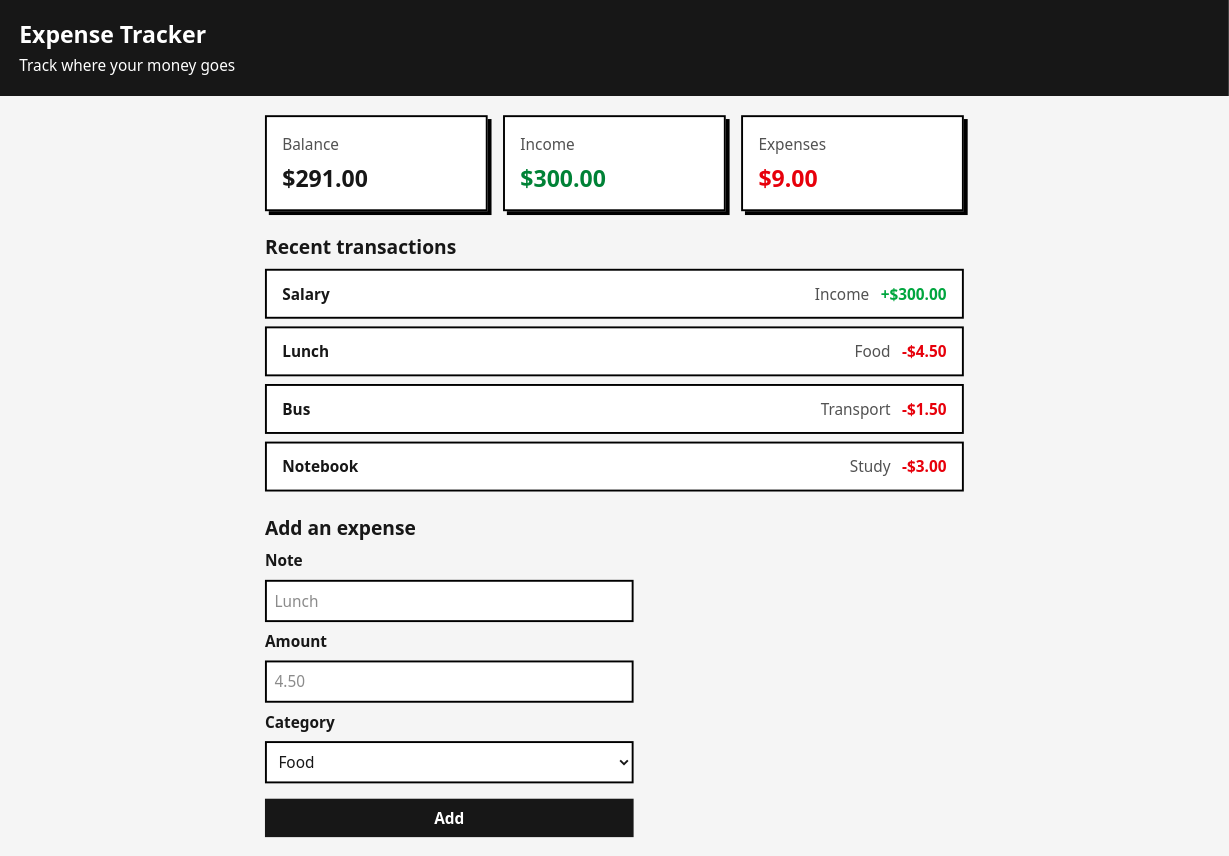
Repository: Keanbunheng/html-basics-Day1_AI
Page: expense-tracker-w2-d4-start/index.html
These files come from the project's save history. The page is drawn as it stood at one moment and after the next save; the edit follows.
The browser window is 1280 px wide. The pictures show the whole page, at 96% of full size.

Above is the page before, as saved 2026-11-17 21:17:33.

After the next save:
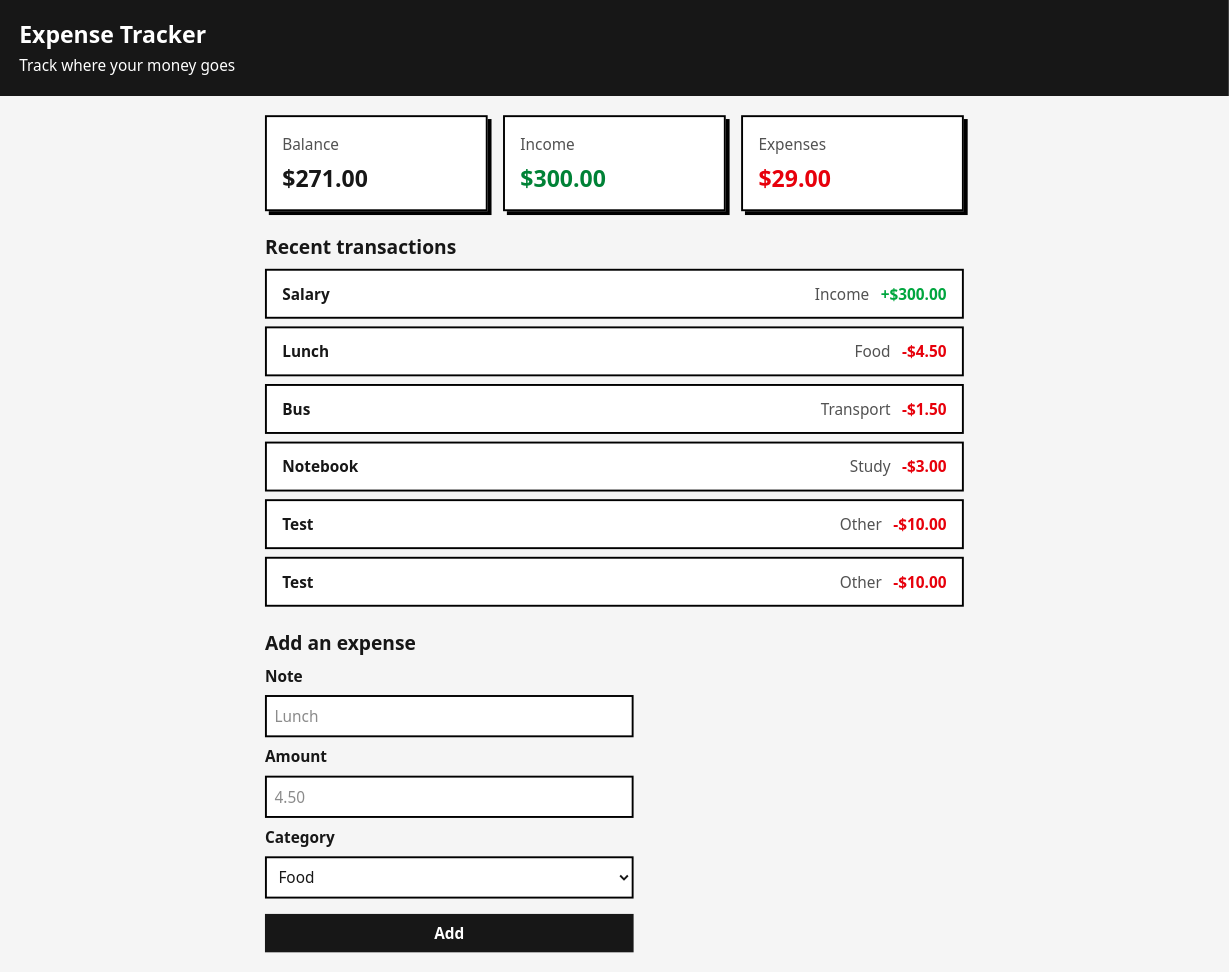
Saved 4 s later.
--- a/expense-tracker-w2-d4-start/app.js
+++ b/expense-tracker-w2-d4-start/app.js
@@ -126,10 +126,6 @@ function dashboardDetail() {
   const expenseMoney = (document.getElementById('expense-money').innerHTML =
     formatMoney(sum.expensesCents));
 }
-
-ListShow();
-dashboardDetail();
-
 transactions.push({
   id: 9,
   note: 'Test',
@@ -145,3 +141,6 @@ transactions.push({
   type: 'expense',
   amountCents: 1000,
 });
+
+ListShow();
+dashboardDetail();
